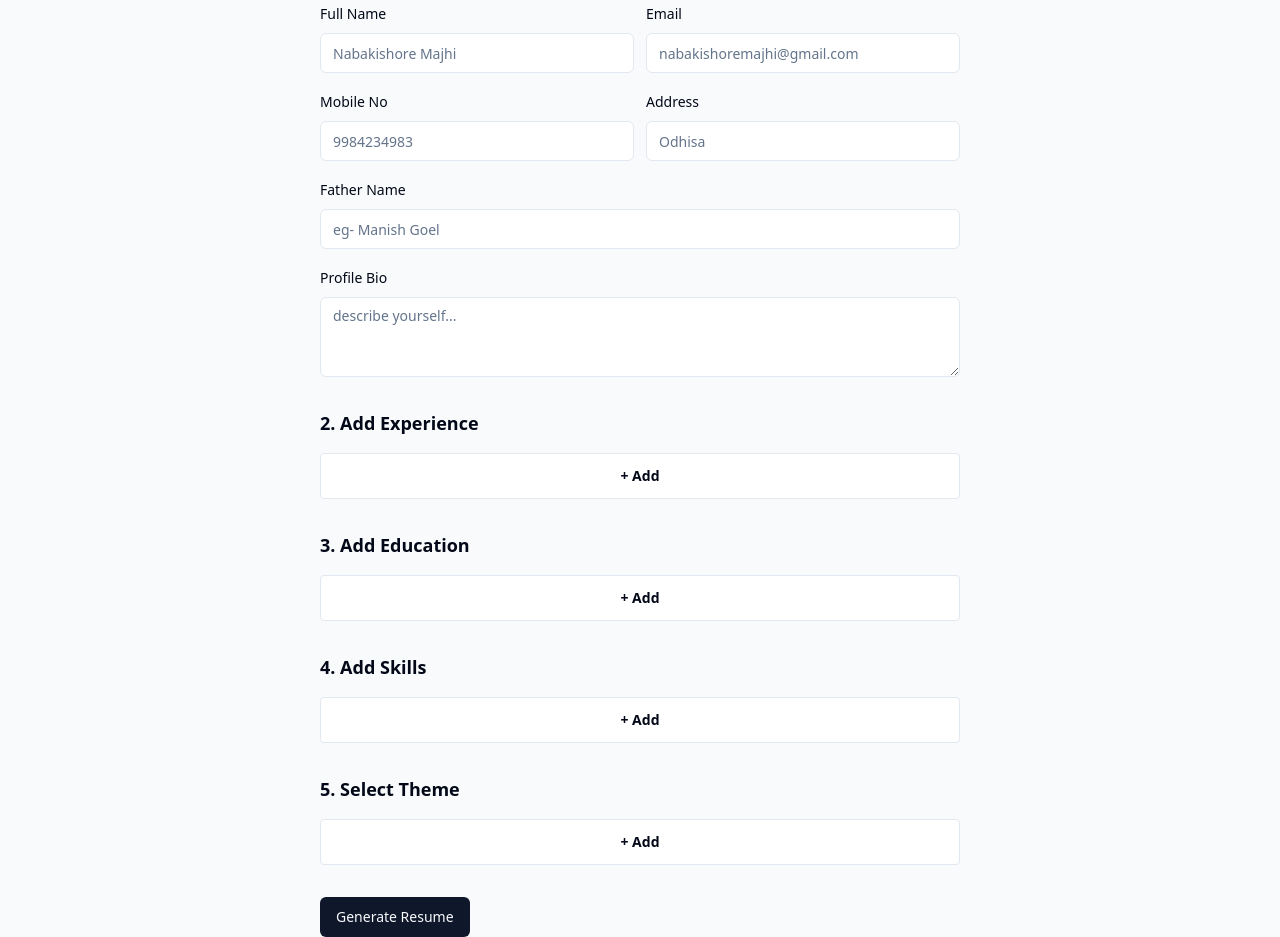
Repository: nickgoel31/resume-maker
Page: /create-resume
The author's editor kept a copy of each file at every save. The page is drawn from the files as they stood at one save, then again after a run of saves.
The browser window is 1280 px wide. The pictures show the whole page.
The project was rebuilt for these pictures with package versions that can differ from the ones it lists, and the page was loaded fresh each time. The framework's server and built-in components were replaced by stand-ins that run in the browser. Also part of the build but not shown: next.config.mjs, helpers/conver.ts, actions/generate-resume-pdf.ts.

Above is the page before, as saved 2024-03-22 13:33:09.

### app/(main)/create-resume/page.tsx
"use client"
import { zodResolver } from "@hookform/resolvers/zod"
import { useForm } from "react-hook-form"
import { z } from "zod"

import { Button } from "@/components/ui/button"
import {
  Form,
  FormControl,
  FormDescription,
  FormField,
  FormItem,
  FormLabel,
  FormMessage,
} from "@/components/ui/form"
import { Input } from "@/components/ui/input"
import { Textarea } from "@/components/ui/textarea"
import ExpAddBtn from "./_components/exp-add-btn"
import { useEffect, useRef, useState } from "react"
import { Trash2 } from "lucide-react"
import EduAddBtn from "./_components/edu-add-btn"
import { createResumeInDb } from "@/actions/create-resume-in-db"
import { PDFDocument, rgb } from "pdf-lib";
import { generateResumePDF } from "@/actions/generate-resume-pdf"
import SkillAddBtn from "./_components/skill-add-btn"
import Image from "next/image"

const formSchema = z.object({
  name: z.string().min(2, {
    message: "Name must be at least 2 characters.",
  }),
    email: z.string().email({
        message: "Invalid email address.",
    }),
    phone: z.string().min(10, {
      message: "Phone number should have at least 10 digits.",
    }),
    address: z.string().min(5, {
      message: "Address should have at least 5 characters.",
    }),
    summary: z.string().min(10, {
      message: "Summary should have at least 10 characters.",
    }),
    fatherName: z.string().min(2, {
        message: "Father Name should have at least 2 characters.",
      }),
})

export type Experience = {
    jobTitle: string;
    company: string;
    description: string;
    startDate: Date | null;
    endDate: Date | null;
}

export type Education = {
    degree: string;
    institution: string;
    major: string;
    startDate: Date | null;
    endDate: Date | null;
}

export type Skill = {
    name: string;
}

const CreateResumePage = () => {

    let createdRes;

    const form = useForm<z.infer<typeof formSchema>>({
        resolver: zodResolver(formSchema),
        defaultValues: {
            name: "",
            email: "",
            phone: "",
            address: "",
            summary: "",
            fatherName: ""
        },
      })

      // 2. Define a submit handler.

      if(createdRes === "Resume Created") {
          return;
        }


    const [experiences, setExperiences] = useState<Experience[]>([])

    const handleExperienceAdd = (experience:Experience) => {
        setExperiences([...experiences, experience])
    }
    const deleteExperience = (index:number) => {
        const newExperiences = experiences.filter((_, i) => i !== index)
        setExperiences(newExperiences)
    }

    const [educations, setEducations] = useState<Education[]>([])

    const handleEducationAdd = (education:Education) => {
        setEducations([...educations, education])
    }
    const deleteEducation = (index:number) => {
        const newEducation = educations.filter((_, i) => i !== index)
        setEducations(newEducation)
    }

    const [skills, setSkills] = useState<Skill[]>([])

    const handleSkillAdd = (skill:Skill) => {
        setSkills([...skills, skill])
    }
    const deleteSkill = (index:number) => {
        const newSkills = skills.filter((_, i) => i !== index)
        setSkills(newSkills)
    }

    const profilePic = useRef<HTMLInputElement>(null);

    function onSubmit(values: z.infer<typeof formSchema>) {

        const selectedFile = profilePic?.current?.files?.[0];
        if (selectedFile) {
            const fr = new FileReader();
            fr.readAsDataURL(selectedFile);

            // Wait for FileReader to load the file
            fr.onload = () => {
                // Access the result here if needed
                const profileUrl = fr.result as string;


                // Call generateResumePDF inside the onload function
                generateResumePDF(values, experiences, educations, profileUrl, skills);
                // setEducations([])
                // setExperiences([])
            };
        } else {
            console.log("No file selected");
            // Call generateResumePDF here if needed
            // generateResumePDF(values, experiences, educations);
        }

    };



    return (
    <body className='h-full w-full bg-slate-50 flex items-center justify-center gap-8 flex-col py-10 px-5'>
        <div className=''>
            <h1 className='font-bold text-3xl'>Resume Generator</h1>
        </div>

        <div className="w-full max-w-screen-sm space-y-4">
            <h3 className="text-semibold font-semibold text-lg">Profile Picture</h3>
            <div className="flex items-center gap-3 w-full ">
                <input type="file" accept=".jpeg,.png,.webp,.jpg" id="#profilepic" ref={profilePic}/>
            </div>

        </div>

        <Form {...form}>
            <form onSubmit={form.handleSubmit(onSubmit)} className="space-y-8 w-full max-w-screen-sm">
                {/* SECTION 1 */}
                <div className="section-1 space-y-4">
                    <h3 className="text-semibold font-semibold text-lg">1. Basic Information</h3>
                <div className="flex items-center gap-3 w-full ">
                    <FormField
                    control={form.control}
                    name="name"
                    render={({ field }) => (
                        <FormItem className="w-full">
                        <FormLabel>Full Name</FormLabel>
                        <FormControl>
                            <Input placeholder="Nabakishore Majhi" className="w-full" {...field} />
                        </FormControl>
                        <FormMessage />
                        </FormItem>
                    )}
                    />
                    <FormField
                    control={form.control}
                    name="email"
                    render={({ field }) => (
                        <FormItem className="w-full">
                            <FormLabel>Email</FormLabel>
                            <FormControl>
                                <Input placeholder="nabakishoremajhi@gmail.com" className="w-full" {...field} />
                            </FormControl>
                        </FormItem>
                    )}/>
                </div>

                <div className="flex items-center gap-3 w-full">
                <FormField
                control={form.control}
                name="phone"
                render={({ field }) => (
                    <FormItem className="w-full">
                        <FormLabel>Mobile No</FormLabel>
                        <FormControl>
                            <Input placeholder="9984234983" {...field} />
                        </FormControl>
                    </FormItem>
                )}/>
                <FormField
                control={form.control}
                name="address"
                render={({ field }) => (
                    <FormItem className="w-full">
                        <FormLabel>Address</FormLabel>
                        <FormControl>
                            <Input placeholder="Odhisa" {...field} />
                        </FormControl>
                    </FormItem>
                )}/>
                </div>

                <FormField
                control={form.control}
                name="fatherName"
                render={({ field }) => (
                    <FormItem>
                        <FormLabel>Father Name</FormLabel>
                        <FormControl>
                            <Input type="text" placeholder="eg- Manish Goel" {...field} />
                        </FormControl>
                    </FormItem>
                )}/>

                <FormField
                control={form.control}
                name="summary"
                render={({ field }) => (
                    <FormItem>
                        <FormLabel>Profile Bio</FormLabel>
                        <FormControl>
                            <Textarea placeholder="describe yourself..." {...field} />
                        </FormControl>
                    </FormItem>
                )}/>
                </div>

                {/* SECTION 2 */}
                <div className="section-1 space-y-4">
                    <h3 className="text-semibold font-semibold text-lg">2. Add Experience</h3>

                    <div className="grid grid-cols-1 w-full gap-3">
                        {experiences.map((experience, index) => (
                            <div className="add-btn rounded border p-3 bg-white text-sm font-semibold flex gap-4 items-center flex-wrap justify-between">
                                <div className="line-clamp-1">
                                    {experience.jobTitle}
                                </div>
                                <div>
                                    <Trash2 size={15} onClick={() => deleteExperience(index)} className="text-red-500 cursor-pointer"/>
                                </div>
                            </div>
                        ))}
                        <ExpAddBtn onExperienceAdd={handleExperienceAdd}/>
                    </div>
                </div>

                {/* SECTION 3 */}
                <div className="section-1 space-y-4">
                    <h3 className="text-semibold font-semibold text-lg">3. Add Education</h3>

                    <div className="grid grid-cols-1 w-full gap-3">
                        {educations.map((education, index) => (
                            <div className="add-btn rounded border p-3 bg-white text-sm font-semibold flex gap-4 items-center flex-wrap justify-between">
                                <div className="line-clamp-1">
                                    {education.degree}
                                </div>
                                <div>
                                    <Trash2 size={15} onClick={() => deleteEducation(index)} className="text-red-500 cursor-pointer"/>
                                </div>
                            </div>
                        ))}
                        <EduAddBtn onEducationAdd={handleEducationAdd}/>
                    </div>
                </div>

                {/* SECTION 4 */}
                <div className="section-1 space-y-4">
                    <h3 className="text-semibold font-semibold text-lg">4. Add Skills</h3>

                    <div className="grid grid-cols-1 w-full gap-3">
                        {skills.map((skill, index) => (
                            <div className="add-btn rounded border p-3 bg-white text-sm font-semibold flex gap-4 items-center flex-wrap justify-between">
                                <div className="line-clamp-1">
                                    {skill.name}
                                </div>
                                <div>
                                    <Trash2 size={15} onClick={() => deleteSkill(index)} className="text-red-500 cursor-pointer"/>
                                </div>
                            </div>
                        ))}
                        <SkillAddBtn onSkillAdd={handleSkillAdd}/>
                    </div>
                </div>

                {/* SECTION 5 */}
                <div className="section-1 space-y-4">
                    <h3 className="text-semibold font-semibold text-lg">5. Select Theme</h3>

                    <div className="grid grid-cols-1 w-full gap-3">
                        {skills.map((skill, index) => (
                            <div className="add-btn rounded border p-3 bg-white text-sm font-semibold flex gap-4 items-center flex-wrap justify-between">
                                <div className="line-clamp-1">
                                    {skill.name}
                                </div>
                                <div>
                                    <Trash2 size={15} onClick={() => deleteSkill(index)} className="text-red-500 cursor-pointer"/>
                                </div>
                            </div>
                        ))}
                        <SkillAddBtn onSkillAdd={handleSkillAdd}/>
                    </div>
                </div>


                <Button type="submit">Generate Resume</Button>
            </form>
        </Form>

    </body>
  )
}

export default CreateResumePage

### app/globals.css
@tailwind base;
@tailwind components;
@tailwind utilities;

body,html,:root{
  height: 100%;
}

@layer base {
  :root {
    --background: 0 0% 100%;
    --foreground: 222.2 84% 4.9%;

    --card: 0 0% 100%;
    --card-foreground: 222.2 84% 4.9%;

    --popover: 0 0% 100%;
    --popover-foreground: 222.2 84% 4.9%;

    --primary: 222.2 47.4% 11.2%;
    --primary-foreground: 210 40% 98%;

    --secondary: 210 40% 96.1%;
    --secondary-foreground: 222.2 47.4% 11.2%;

    --muted: 210 40% 96.1%;
    --muted-foreground: 215.4 16.3% 46.9%;

    --accent: 210 40% 96.1%;
    --accent-foreground: 222.2 47.4% 11.2%;

    --destructive: 0 84.2% 60.2%;
    --destructive-foreground: 210 40% 98%;

    --border: 214.3 31.8% 91.4%;
    --input: 214.3 31.8% 91.4%;
    --ring: 222.2 84% 4.9%;

    --radius: 0.5rem;
  }

  .dark {
    --background: 222.2 84% 4.9%;
    --foreground: 210 40% 98%;

    --card: 222.2 84% 4.9%;
    --card-foreground: 210 40% 98%;

    --popover: 222.2 84% 4.9%;
    --popover-foreground: 210 40% 98%;

    --primary: 210 40% 98%;
    --primary-foreground: 222.2 47.4% 11.2%;

    --secondary: 217.2 32.6% 17.5%;
    --secondary-foreground: 210 40% 98%;

    --muted: 217.2 32.6% 17.5%;
    --muted-foreground: 215 20.2% 65.1%;

    --accent: 217.2 32.6% 17.5%;
    --accent-foreground: 210 40% 98%;

    --destructive: 0 62.8% 30.6%;
    --destructive-foreground: 210 40% 98%;

    --border: 217.2 32.6% 17.5%;
    --input: 217.2 32.6% 17.5%;
    --ring: 212.7 26.8% 83.9%;
  }
}

@layer base {
  * {
    @apply border-border;
  }
  body {
    @apply bg-background text-foreground;
  }
}

### components/ui/button.tsx
import * as React from "react"
import { Slot } from "@radix-ui/react-slot"
import { cva, type VariantProps } from "class-variance-authority"

import { cn } from "@/lib/utils"

const buttonVariants = cva(
  "inline-flex items-center justify-center whitespace-nowrap rounded-md text-sm font-medium ring-offset-background transition-colors focus-visible:outline-none focus-visible:ring-2 focus-visible:ring-ring focus-visible:ring-offset-2 disabled:pointer-events-none disabled:opacity-50",
  {
    variants: {
      variant: {
        default: "bg-primary text-primary-foreground hover:bg-primary/90",
        destructive:
          "bg-destructive text-destructive-foreground hover:bg-destructive/90",
        outline:
          "border border-input bg-background hover:bg-accent hover:text-accent-foreground",
        secondary:
          "bg-secondary text-secondary-foreground hover:bg-secondary/80",
        ghost: "hover:bg-accent hover:text-accent-foreground",
        link: "text-primary underline-offset-4 hover:underline",
      },
      size: {
        default: "h-10 px-4 py-2",
        sm: "h-9 rounded-md px-3",
        lg: "h-11 rounded-md px-8",
        icon: "h-10 w-10",
      },
    },
    defaultVariants: {
      variant: "default",
      size: "default",
    },
  }
)

export interface ButtonProps
  extends React.ButtonHTMLAttributes<HTMLButtonElement>,
    VariantProps<typeof buttonVariants> {
  asChild?: boolean
}

const Button = React.forwardRef<HTMLButtonElement, ButtonProps>(
  ({ className, variant, size, asChild = false, ...props }, ref) => {
    const Comp = asChild ? Slot : "button"
    return (
      <Comp
        className={cn(buttonVariants({ variant, size, className }))}
        ref={ref}
        {...props}
      />
    )
  }
)
Button.displayName = "Button"

export { Button, buttonVariants }

### components/ui/input.tsx
import * as React from "react"

import { cn } from "@/lib/utils"

export interface InputProps
  extends React.InputHTMLAttributes<HTMLInputElement> {}

const Input = React.forwardRef<HTMLInputElement, InputProps>(
  ({ className, type, ...props }, ref) => {
    return (
      <input
        type={type}
        className={cn(
          "flex h-10 w-full rounded-md border border-input bg-background px-3 py-2 text-sm ring-offset-background file:border-0 file:bg-transparent file:text-sm file:font-medium placeholder:text-muted-foreground focus-visible:outline-none focus-visible:ring-2 focus-visible:ring-ring focus-visible:ring-offset-2 disabled:cursor-not-allowed disabled:opacity-50",
          className
        )}
        ref={ref}
        {...props}
      />
    )
  }
)
Input.displayName = "Input"

export { Input }

### components/ui/textarea.tsx
import * as React from "react"

import { cn } from "@/lib/utils"

export interface TextareaProps
  extends React.TextareaHTMLAttributes<HTMLTextAreaElement> {}

const Textarea = React.forwardRef<HTMLTextAreaElement, TextareaProps>(
  ({ className, ...props }, ref) => {
    return (
      <textarea
        className={cn(
          "flex min-h-[80px] w-full rounded-md border border-input bg-background px-3 py-2 text-sm ring-offset-background placeholder:text-muted-foreground focus-visible:outline-none focus-visible:ring-2 focus-visible:ring-ring focus-visible:ring-offset-2 disabled:cursor-not-allowed disabled:opacity-50",
          className
        )}
        ref={ref}
        {...props}
      />
    )
  }
)
Textarea.displayName = "Textarea"

export { Textarea }

### app/(main)/create-resume/_components/skill-add-btn.tsx
"use client"

import { Skill } from '../page'


import { Dialog, DialogClose, DialogContent, DialogDescription, DialogHeader, DialogTitle, DialogTrigger } from '@/components/ui/dialog'
import React, { useState } from 'react'
import { z } from "zod"

import {
    Select,
    SelectContent,
    SelectItem,
    SelectTrigger,
    SelectValue,
  } from "@/components/ui/select"


import { Button } from "@/components/ui/button"

import { Input } from '@/components/ui/input'
import { ComboboxDemo } from '@/components/ui/combobox'

const SkillAddBtn = ({onSkillAdd}:{onSkillAdd: (skill:Skill) => void}) => {
    const [name, setName] = useState("")
    const handleAddSkill = () => {
        const skill = {
            name: name,
        };
        onSkillAdd(skill) // Call the function passed from the parent with the experience object
    }


  return (
    <Dialog>
        <DialogTrigger>
            <div className="add-btn rounded border p-3 bg-white text-sm font-semibold flex items-center justify-center">
                + Add
            </div>
        </DialogTrigger>

        <DialogContent>
            <DialogHeader>
                <DialogTitle>Add Skill</DialogTitle>
                <DialogDescription>
                    Add your skills here.
                </DialogDescription>
            </DialogHeader>

            <div className="flex flex-col items-center gap-3 w-full">
                <div className='flex flex-col gap-1 w-full'>
                    <label htmlFor="" className='font-medium text-sm'>Skill Name</label>
                    <Input type="text" placeholder='e.g. Javascript' onChange={(e) => setName(e.target.value)} />
                </div>
                {/* <div className='flex flex-col gap-1 w-full'>
                    <label htmlFor="" className='font-medium text-sm'>Skill Level</label>
                    <Select onValueChange={() => s}>
                        <SelectTrigger className="w-full">
                            <SelectValue placeholder="Choose Skill Level" />
                        </SelectTrigger>
                        <SelectContent>
                            <SelectItem value="Beginner">Beginner</SelectItem>
                            <SelectItem value="Intermediate">Intermediate</SelectItem>
                            <SelectItem value="Advanced">Advanced</SelectItem>
                        </SelectContent>
                    </Select>

                </div> */}
                </div>
                <div className='flex w-full justify-end'>
                    <DialogClose>
                        <Button onClick={handleAddSkill}>Add</Button>
                    </DialogClose>
                </div>
        </DialogContent>
    </Dialog>
  )
}

export default SkillAddBtn

### lib/utils.ts
import { type ClassValue, clsx } from "clsx"
import { twMerge } from "tailwind-merge"
import { PDFDocument, rgb } from 'pdf-lib';

export function cn(...inputs: ClassValue[]) {
  return twMerge(clsx(inputs))
}



export const generatePDF = async () => {
    // Create a new PDF document
    const pdfDoc = await PDFDocument.create();
    const page = pdfDoc.addPage([612, 792]);

    // Add content to the PDF page
    const { width, height } = page.getSize();
    page.drawText('Hello, World!', {
        x: 50,
        y: height - 100,
        size: 30,
        color: rgb(0, 0, 0),
    });

    // Save the PDF to a Uint8Array
    const pdfBytes = await pdfDoc.save();

    return pdfBytes;
}

### components/ui/label.tsx
"use client"

import * as React from "react"
import * as LabelPrimitive from "@radix-ui/react-label"
import { cva, type VariantProps } from "class-variance-authority"

import { cn } from "@/lib/utils"

const labelVariants = cva(
  "text-sm font-medium leading-none peer-disabled:cursor-not-allowed peer-disabled:opacity-70"
)

const Label = React.forwardRef<
  React.ElementRef<typeof LabelPrimitive.Root>,
  React.ComponentPropsWithoutRef<typeof LabelPrimitive.Root> &
    VariantProps<typeof labelVariants>
>(({ className, ...props }, ref) => (
  <LabelPrimitive.Root
    ref={ref}
    className={cn(labelVariants(), className)}
    {...props}
  />
))
Label.displayName = LabelPrimitive.Root.displayName

export { Label }

Loaded but not shown: app/layout.tsx (common file); tailwind.config.ts (common file); components/ui/form.tsx (176 lines, source omitted); app/(main)/create-resume/_components/exp-add-btn.tsx (98 lines, source omitted); components/ui/dialog.tsx (122 lines, source omitted); app/(main)/create-resume/_components/edu-add-btn.tsx (85 lines, source omitted)

After the next 5 saves:
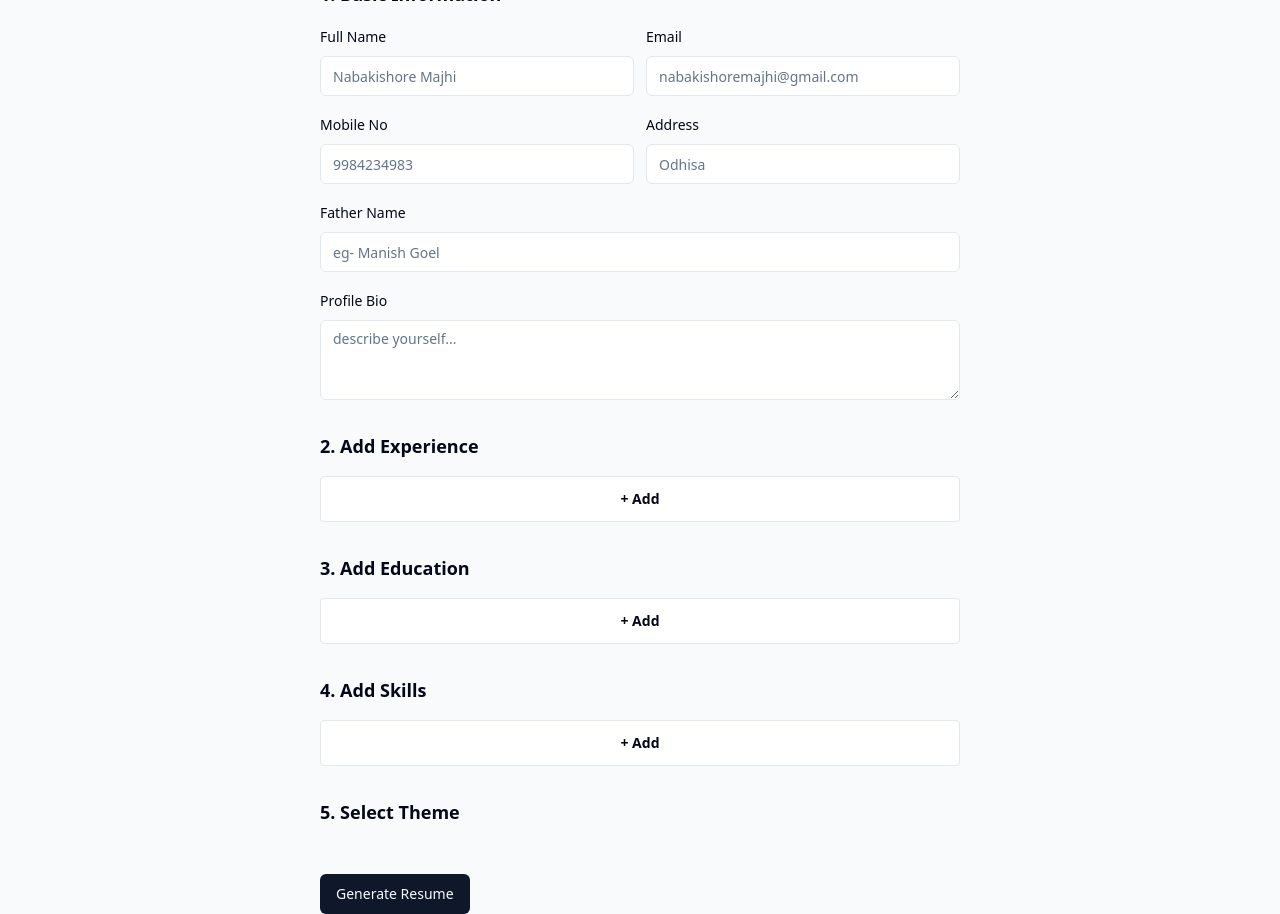
The 5 saves are shown as one change because they came seconds apart.
The last was saved 21 s later.
--- a/app/(main)/create-resume/page.tsx
+++ b/app/(main)/create-resume/page.tsx
@@ -307,17 +307,9 @@ const CreateResumePage = () => {
                     <h3 className="text-semibold font-semibold text-lg">5. Select Theme</h3>
 
                     <div className="grid grid-cols-1 w-full gap-3">
-                        {skills.map((skill, index) => (
-                            <div className="add-btn rounded border p-3 bg-white text-sm font-semibold flex gap-4 items-center flex-wrap justify-between">
-                                <div className="line-clamp-1">
-                                    {skill.name}
-                                </div>
-                                <div>
-                                    <Trash2 size={15} onClick={() => deleteSkill(index)} className="text-red-500 cursor-pointer"/>
-                                </div>
-                            </div>
-                        ))}
-                        <SkillAddBtn onSkillAdd={handleSkillAdd}/>
+                        <div>
+
+                        </div>
                     </div>
                 </div>
 
